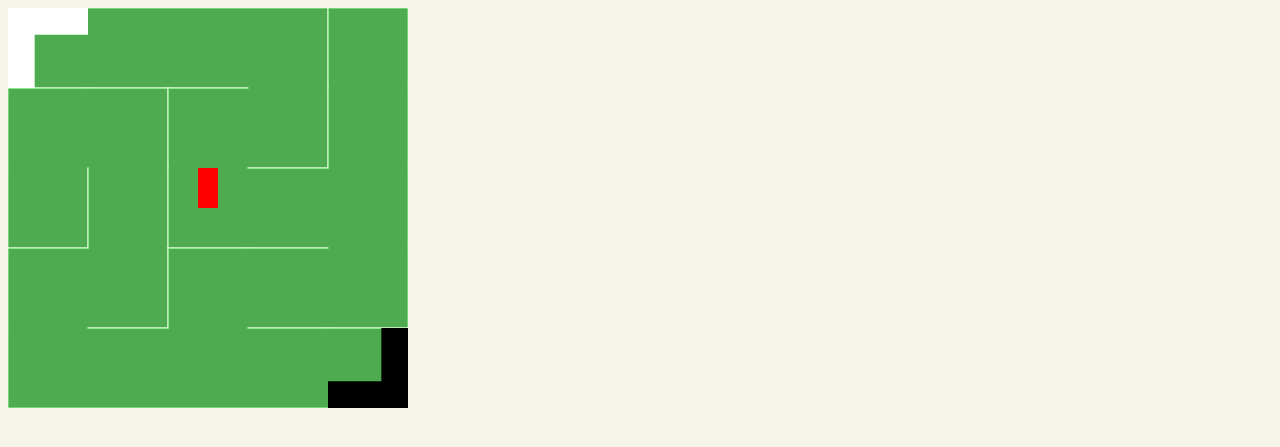
Repository: animarcus/maze-generator
Page: index.html
The author's editor kept a copy of each file at every save. The page is drawn from the files as they stood at one save, then again after the next save.
The browser window is 1280 px wide. The pictures show the whole page.
Some web libraries are served in a nearby version.

Above is the page before, as saved 2020-09-12 19:41:00.

After the next save:
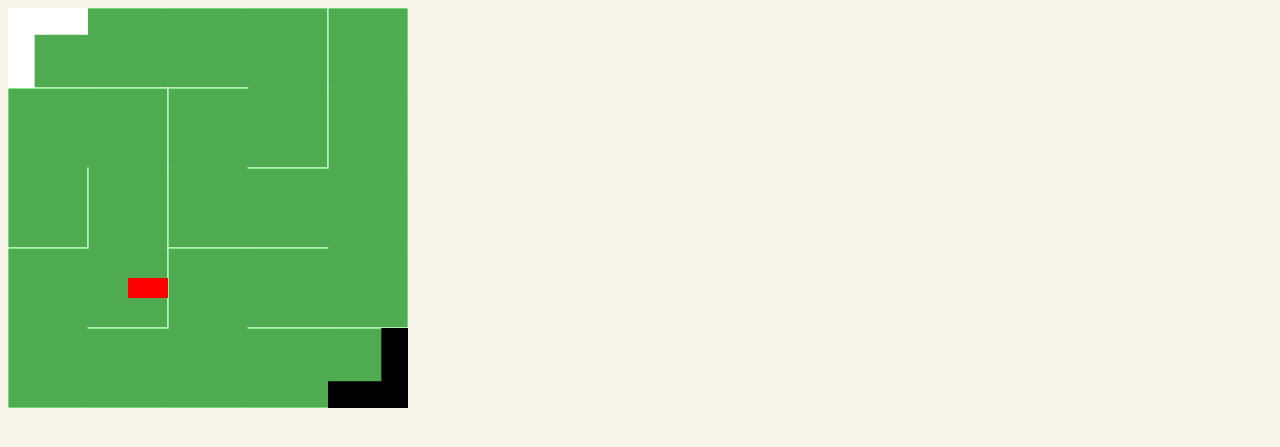
Saved 7 s later.
--- a/js/sketch.js
+++ b/js/sketch.js
@@ -61,7 +61,7 @@ let maze = {
       current = stack.pop();
       if (stack.length == 0) {
         frameRate(3);
-        solver = new Solver(3, 3);
+        solver = new Solver(2, 2);
         generated = true;
 
         solveOK = true;
